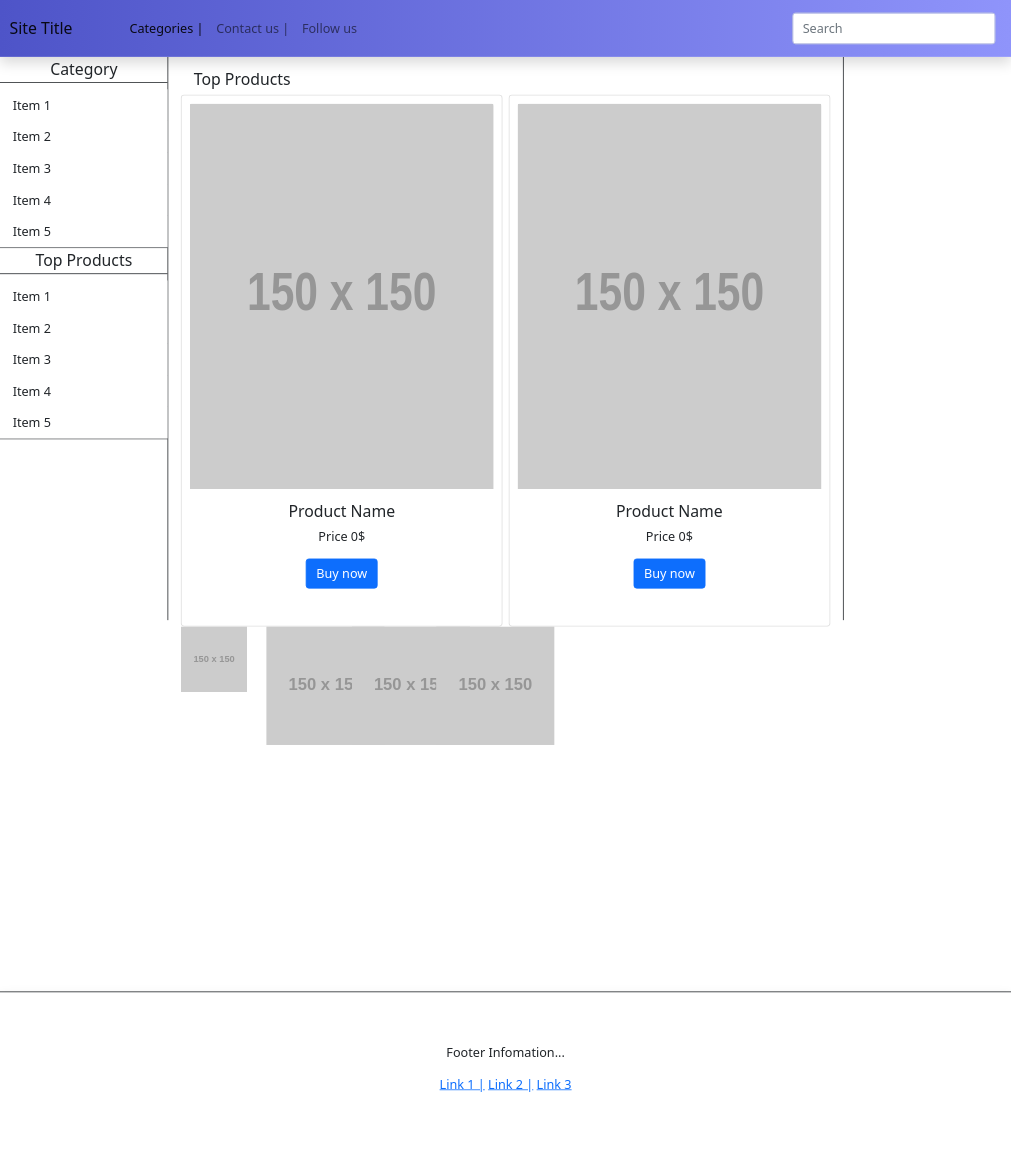
Repository: ttranhhoang/layoutBS
Page: layoutBS2/index.html
These files come from the project's save history. The page is drawn as it stood at one moment and after a run of saves; the edit follows.
The browser window is 1280 px wide. The pictures show the whole page, at 79% of full size.

Above is the page before, as saved 2022-04-24 23:25:26.

After the next 2 saves:
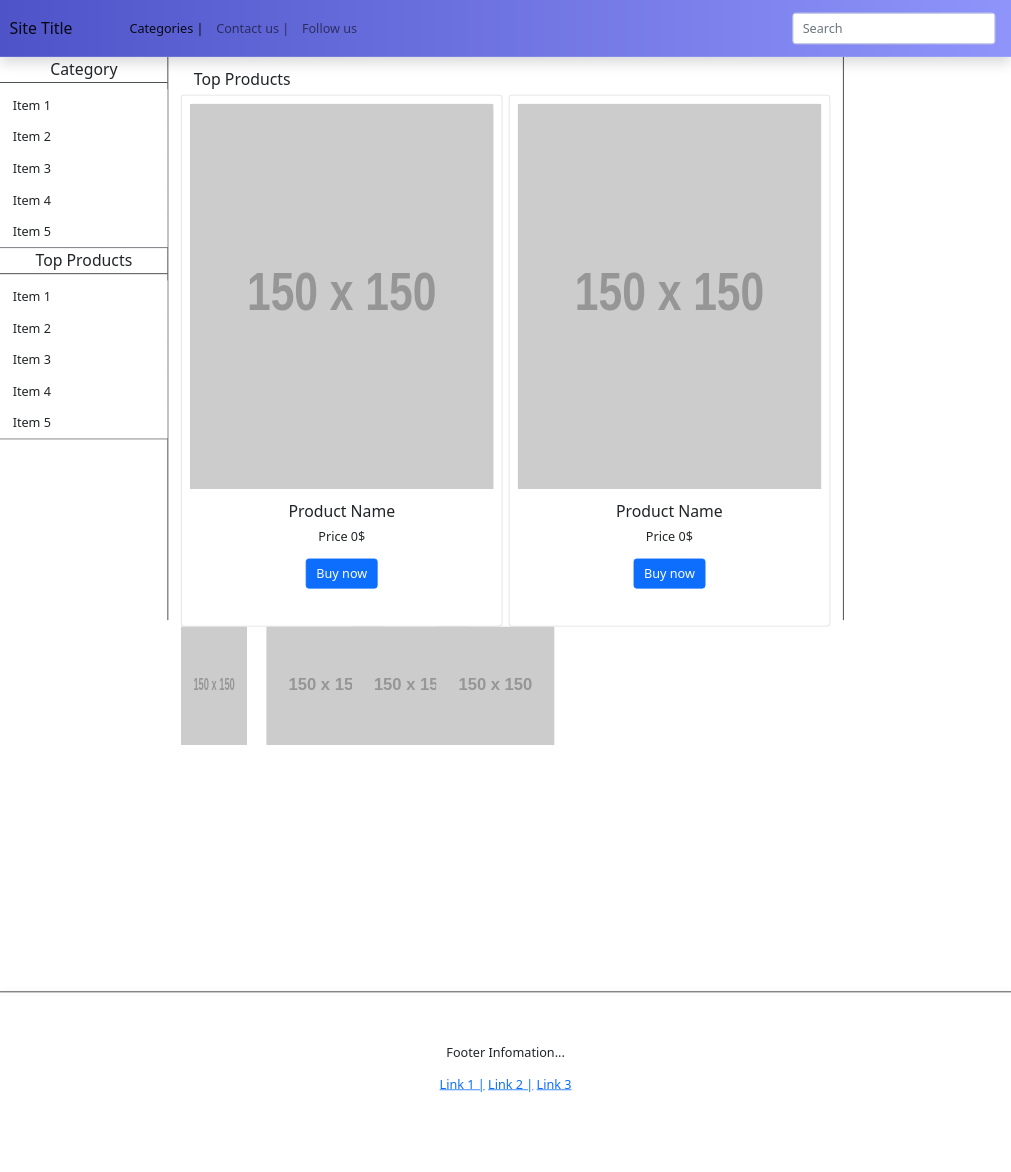
The 2 saves are shown as one change because they came seconds apart.
The last was saved 12 s later.
--- a/layoutBS2/index.html
+++ b/layoutBS2/index.html
@@ -124,7 +124,7 @@
               </div>
               <div class="row">
                 <div class="col-md-3">
-                  <img class="w-100" src="https://via.placeholder.com/150" alt="" />
+                  <img class="w-100 h-100" src="https://via.placeholder.com/150" alt="" />
                 </div>
                 <div class="col-md-3">
                   <img src="https://via.placeholder.com/150" alt="" />
